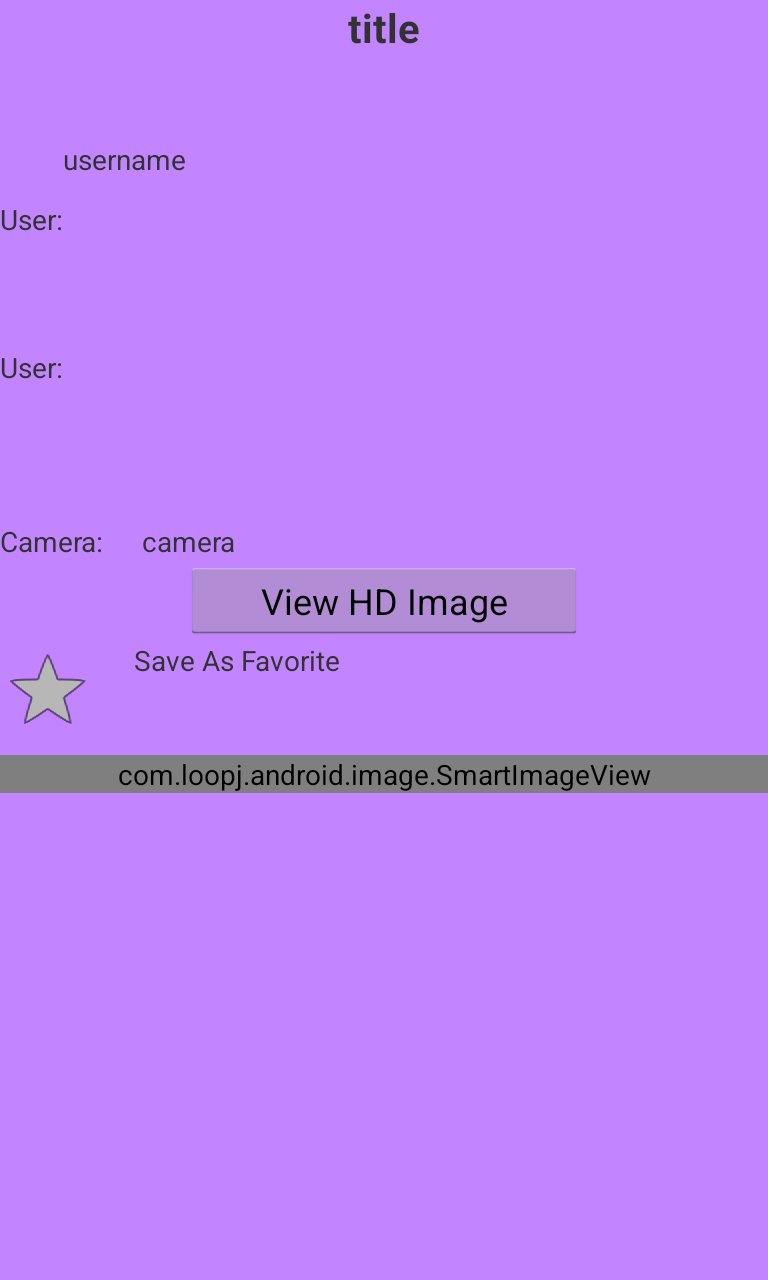
Repository: arianaantonio/Java2_Antonio
Layout: SpaceImageViewer/res/layout/details_activity.xml
These files come from the project's save history. The layout is drawn as it stood at one moment and after the next save; the edit follows.
Pictures or frames that could not be fetched are drawn as grey boxes. It is drawn on a 768 x 1280 px phone screen (xhdpi) without system bars, with theme AppTheme; the app's code is not run.

Above is the layout before, as saved 2014-07-31 05:41:28.

After the next save:
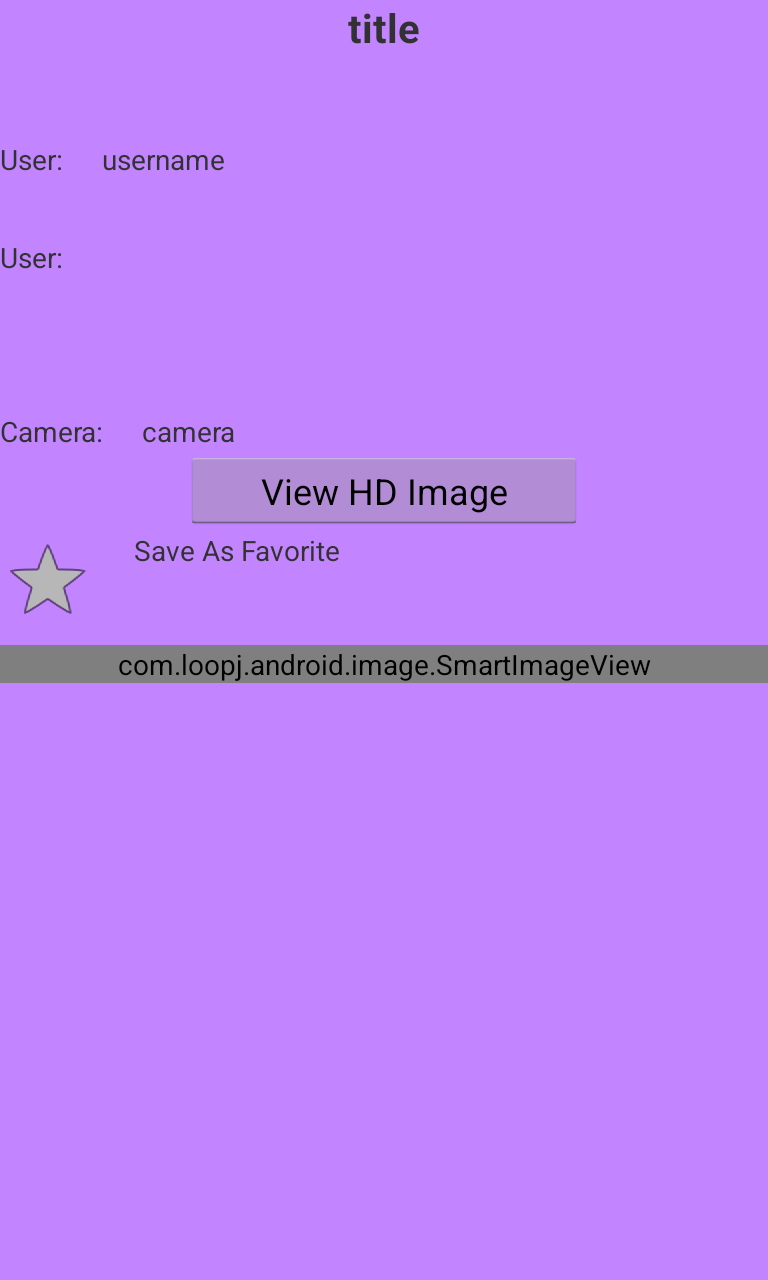
Saved 78 s later.
--- a/SpaceImageViewer/res/layout/details_activity.xml
+++ b/SpaceImageViewer/res/layout/details_activity.xml
@@ -24,14 +24,14 @@
             android:id="@+id/user"
             android:layout_width="wrap_content"
             android:layout_height="wrap_content"
-            android:layout_marginBottom="25dp"
-            android:layout_marginTop="30dp"
+            android:layout_weight="0.88"
             android:text="@string/userString" />
 
         <TextView
             android:id="@+id/userName"
-            android:layout_width="211dp"
+            android:layout_width="wrap_content"
             android:layout_height="wrap_content"
+            android:layout_weight="7.80"
             android:text="username" />
 
     </LinearLayout>
